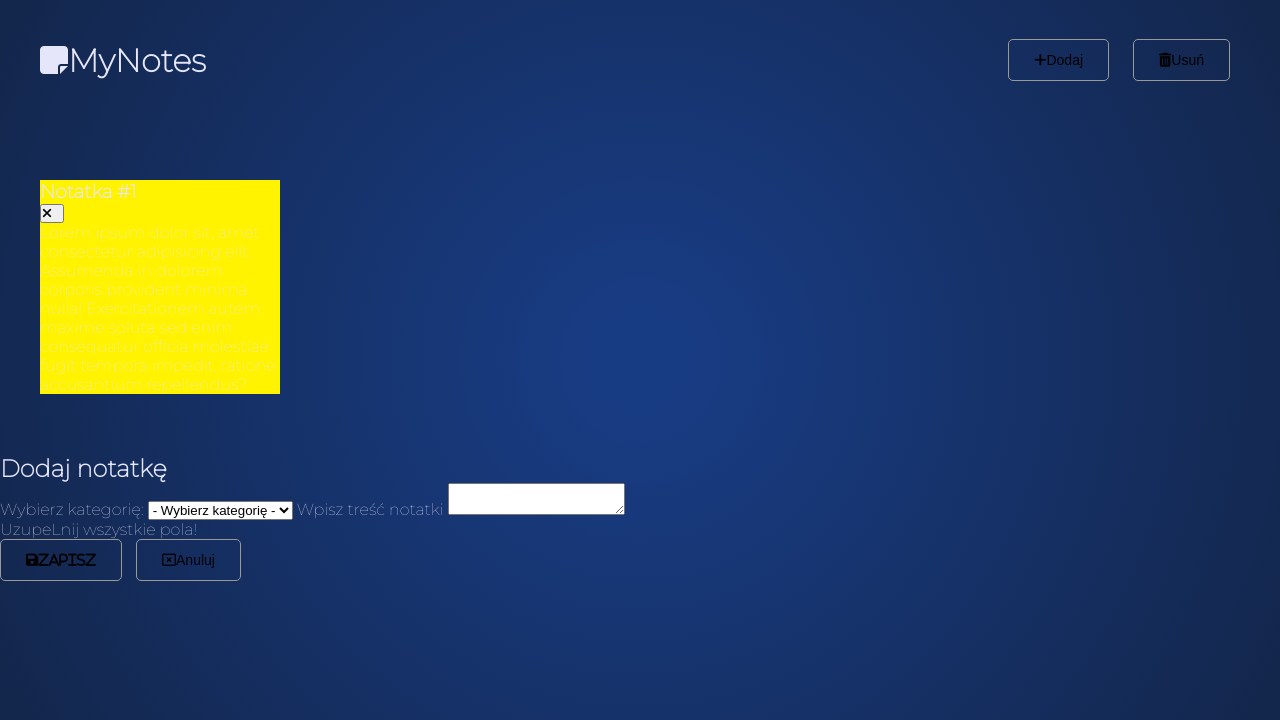
Repository: KrzysKolo/Projekt-7_Notes
Page: js/index.html
These files come from the project's save history. The page is drawn as it stood at one moment and after the next save; the edit follows.
The browser window is 1280 px wide. The pictures show the whole page.
Some web libraries are served in a nearby version.

Above is the page before, as saved 2020-07-07 13:46:58.
Console error: SyntaxError: Unexpected token '<'

After the next save:
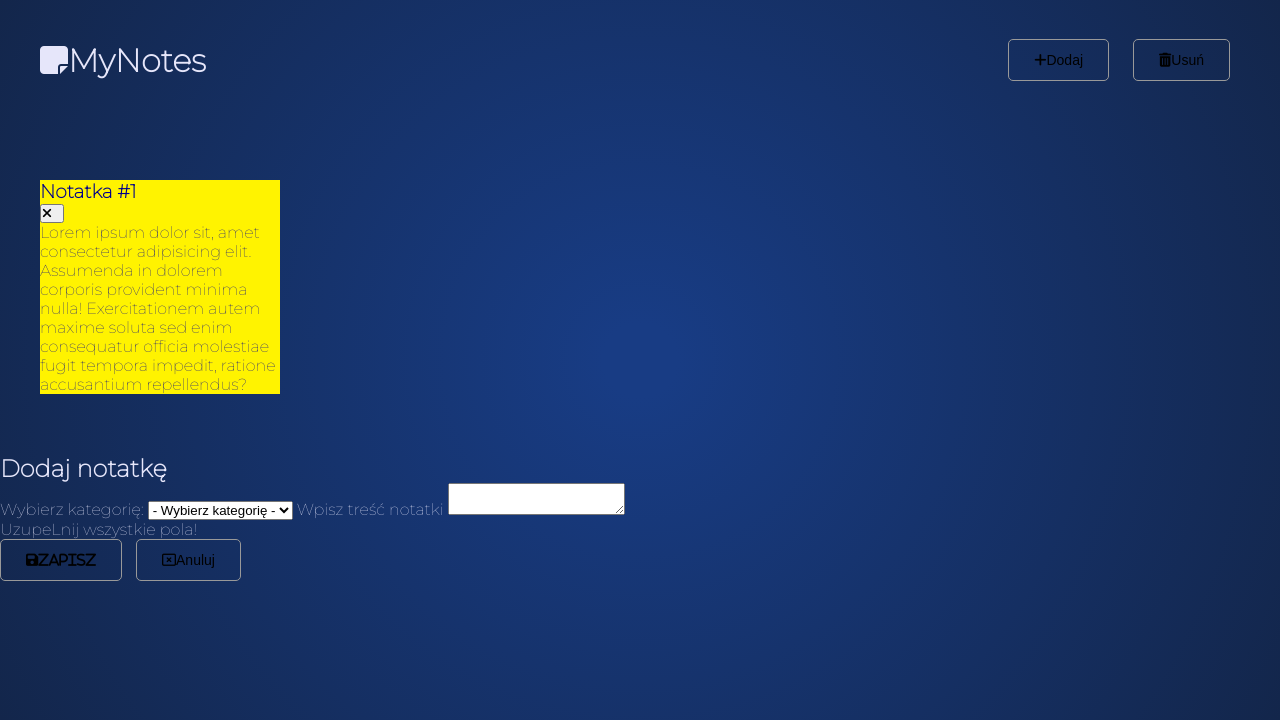
Saved 43 s later.
--- a/css/style.css
+++ b/css/style.css
@@ -53,4 +53,5 @@ body {
   margin: 40px 20px;
   width: 240px;
   background-color: rgb(255, 243, 0);
+  color: darkblue;
 }
